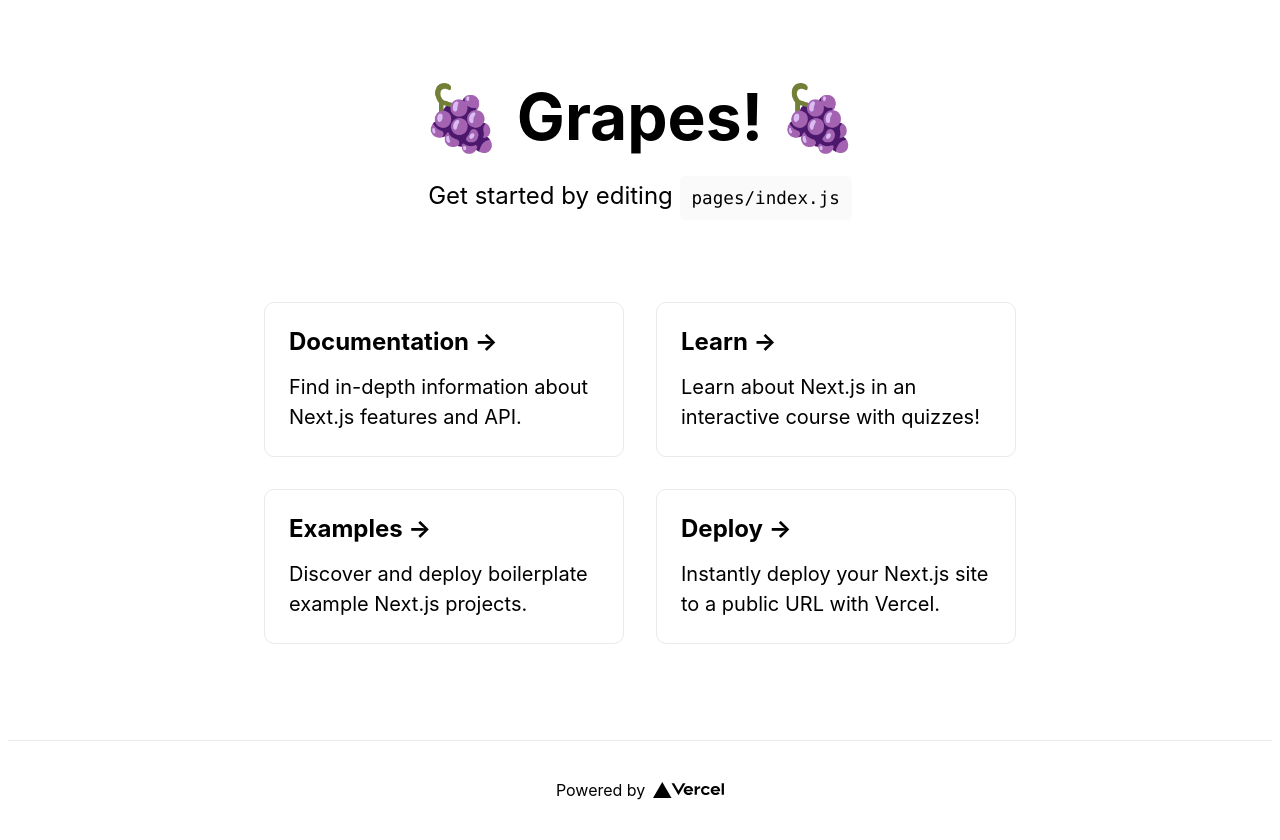
Repository: technogize/next-test-site
Page: /
These files come from the project's save history. The page is drawn as it stood at one moment and after the next save; the edit follows.
The browser window is 1280 px wide. The pictures show the whole page.
The project was rebuilt for these pictures with package versions that can differ from the ones it lists, and the page was loaded fresh each time. The framework's server and built-in components were replaced by stand-ins that run in the browser.

Above is the page before, as saved 2021-10-02 08:44:09.

### pages/index.js
import Head from 'next/head'
import styles from '../styles/Home.module.css'

export default function Home() {
  return (
    <div className={styles.container}>
      <Head>
        <title>Home 🍇 Mo's Next Site</title>
        <link rel="icon" href="/favicon.ico" />
      </Head>

      <main className={styles.main}>
        <h1 className={styles.title}>
          🍇 Grapes! 🍇
        </h1>

        <p className={styles.description}>
          Get started by editing{' '}
          <code className={styles.code}>pages/index.js</code>
        </p>

        <div className={styles.grid}>
          <a href="https://nextjs.org/docs" className={styles.card}>
            <h3>Documentation &rarr;</h3>
            <p>Find in-depth information about Next.js features and API.</p>
          </a>

          <a href="https://nextjs.org/learn" className={styles.card}>
            <h3>Learn &rarr;</h3>
            <p>Learn about Next.js in an interactive course with quizzes!</p>
          </a>

          <a
            href="https://github.com/vercel/next.js/tree/master/examples"
            className={styles.card}
          >
            <h3>Examples &rarr;</h3>
            <p>Discover and deploy boilerplate example Next.js projects.</p>
          </a>

          <a
            href="https://vercel.com/import?filter=next.js&utm_source=create-next-app&utm_medium=default-template&utm_campaign=create-next-app"
            className={styles.card}
          >
            <h3>Deploy &rarr;</h3>
            <p>
              Instantly deploy your Next.js site to a public URL with Vercel.
            </p>
          </a>
        </div>
      </main>

      <footer className={styles.footer}>
        <a
          href="https://vercel.com?utm_source=create-next-app&utm_medium=default-template&utm_campaign=create-next-app"
          target="_blank"
          rel="noopener noreferrer"
        >
          Powered by{' '}
          <img src="/vercel.svg" alt="Vercel Logo" className={styles.logo} />
        </a>
      </footer>
    </div>
  )
}

Loaded but not shown: pages/_app.js (common file); styles/globals.css (common file); styles/Home.module.css (common file)

After the next save:
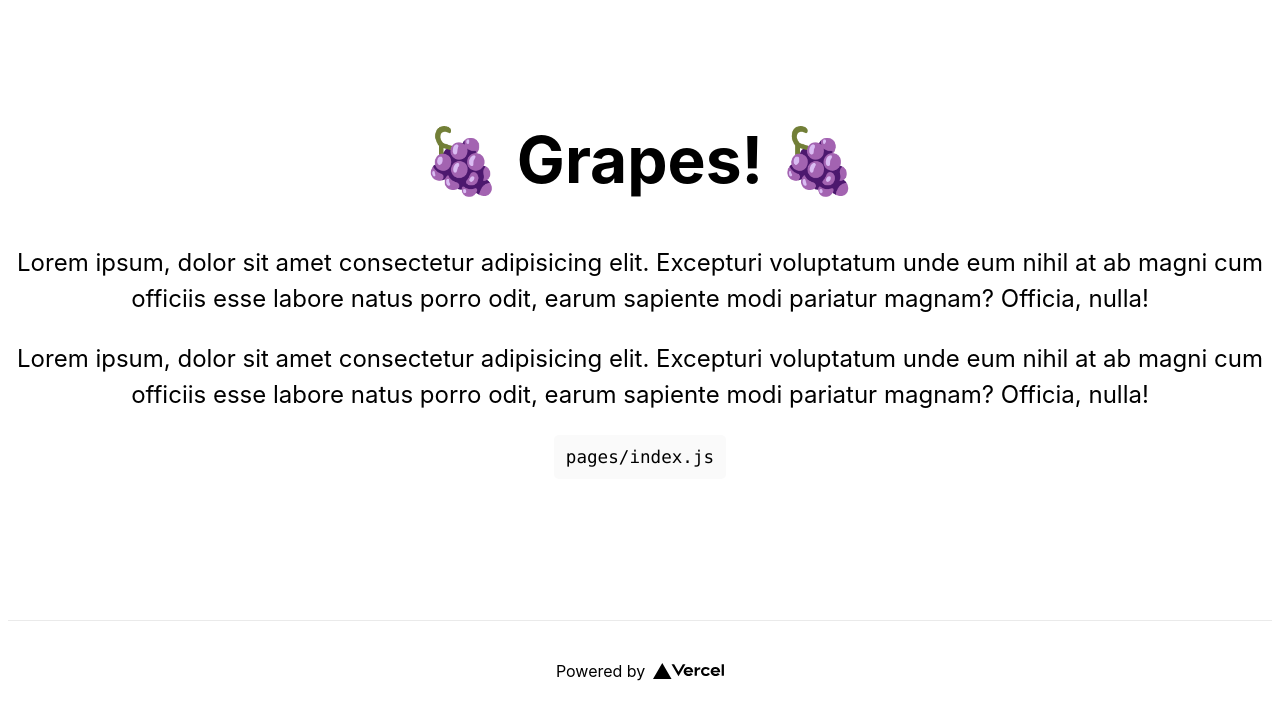
Saved 25 s later.
--- a/pages/index.js
+++ b/pages/index.js
@@ -15,39 +15,11 @@ export default function Home() {
         </h1>
 
         <p className={styles.description}>
-          Get started by editing{' '}
+          <p>Lorem ipsum, dolor sit amet consectetur adipisicing elit. Excepturi voluptatum unde eum nihil at ab magni cum officiis esse labore natus porro odit, earum sapiente modi pariatur magnam? Officia, nulla!</p>
+          <p>Lorem ipsum, dolor sit amet consectetur adipisicing elit. Excepturi voluptatum unde eum nihil at ab magni cum officiis esse labore natus porro odit, earum sapiente modi pariatur magnam? Officia, nulla!</p>
           <code className={styles.code}>pages/index.js</code>
         </p>
 
-        <div className={styles.grid}>
-          <a href="https://nextjs.org/docs" className={styles.card}>
-            <h3>Documentation &rarr;</h3>
-            <p>Find in-depth information about Next.js features and API.</p>
-          </a>
-
-          <a href="https://nextjs.org/learn" className={styles.card}>
-            <h3>Learn &rarr;</h3>
-            <p>Learn about Next.js in an interactive course with quizzes!</p>
-          </a>
-
-          <a
-            href="https://github.com/vercel/next.js/tree/master/examples"
-            className={styles.card}
-          >
-            <h3>Examples &rarr;</h3>
-            <p>Discover and deploy boilerplate example Next.js projects.</p>
-          </a>
-
-          <a
-            href="https://vercel.com/import?filter=next.js&utm_source=create-next-app&utm_medium=default-template&utm_campaign=create-next-app"
-            className={styles.card}
-          >
-            <h3>Deploy &rarr;</h3>
-            <p>
-              Instantly deploy your Next.js site to a public URL with Vercel.
-            </p>
-          </a>
-        </div>
       </main>
 
       <footer className={styles.footer}>
